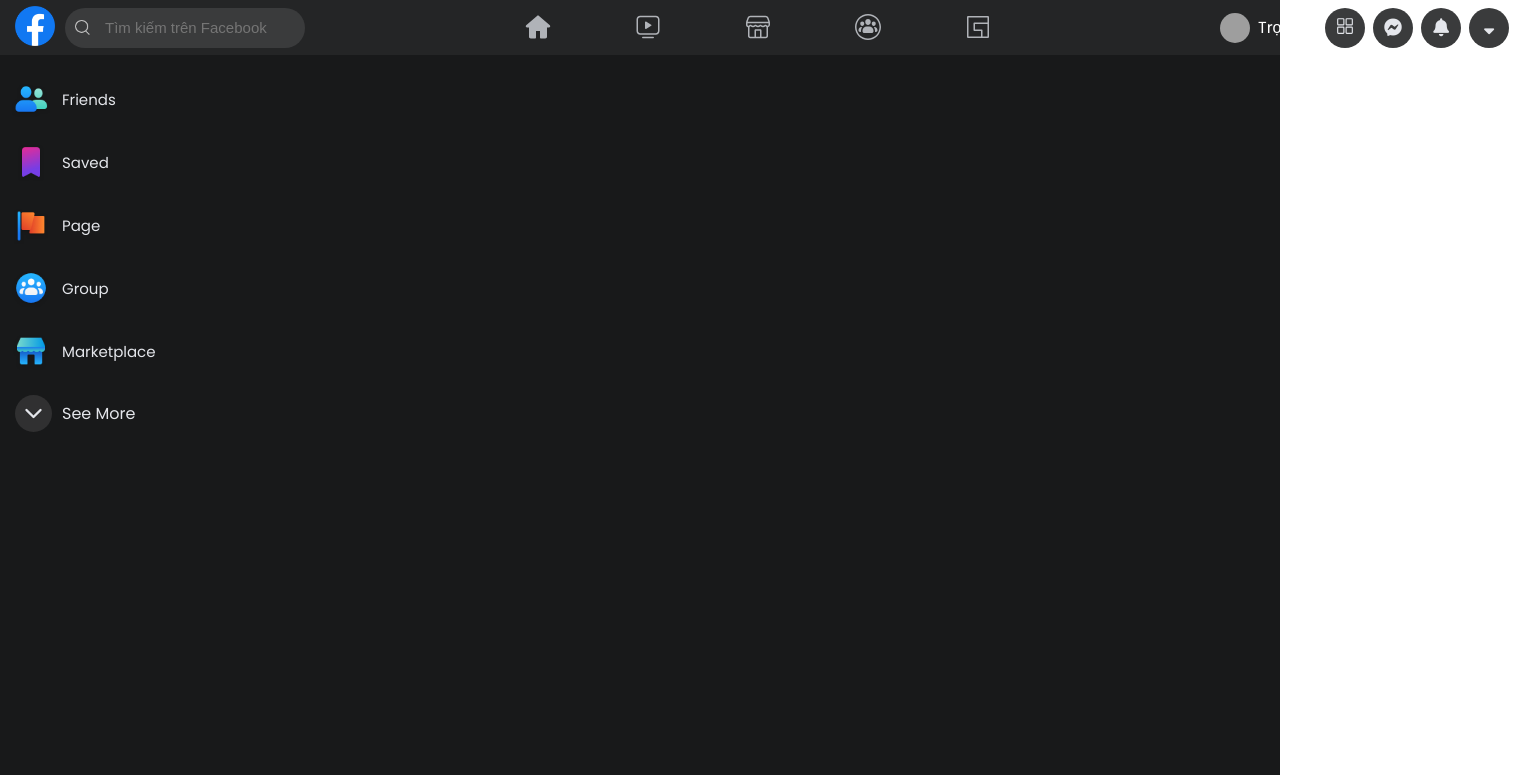
Repository: vanntrong/facebook-clone
Page: index.html
An editor plug-in stored every save of this project. The page is shown before and after the next save, followed by the edit.
The browser window is 1280 px wide. The page is 1517 px wide, so the pictures cover 1517 px, including what lies to the right of the window. The pictures show the whole page.
Pictures or frames that could not be fetched are drawn as grey boxes.

Above is the page before, as saved 2021-09-08 18:46:46.

After the next save:
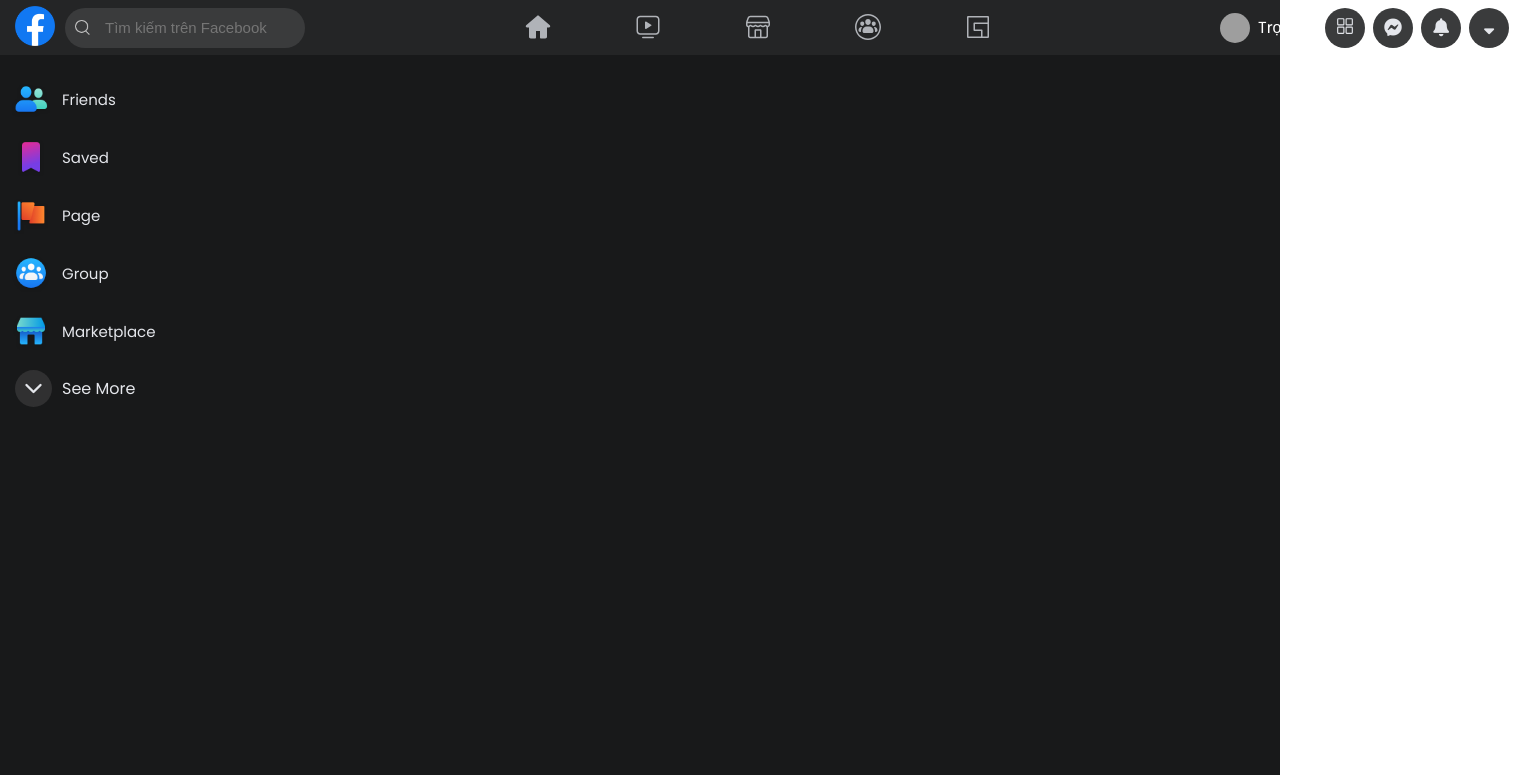
Saved 25 s later.
--- a/assets/css/style.css
+++ b/assets/css/style.css
@@ -179,7 +179,7 @@
   font-size: 15px;
   color: #e4e6eb;
   text-decoration: none;
-  margin-bottom: 25px;
+  margin-bottom: 20px;
   display: flex;
   align-items: center;
 }
